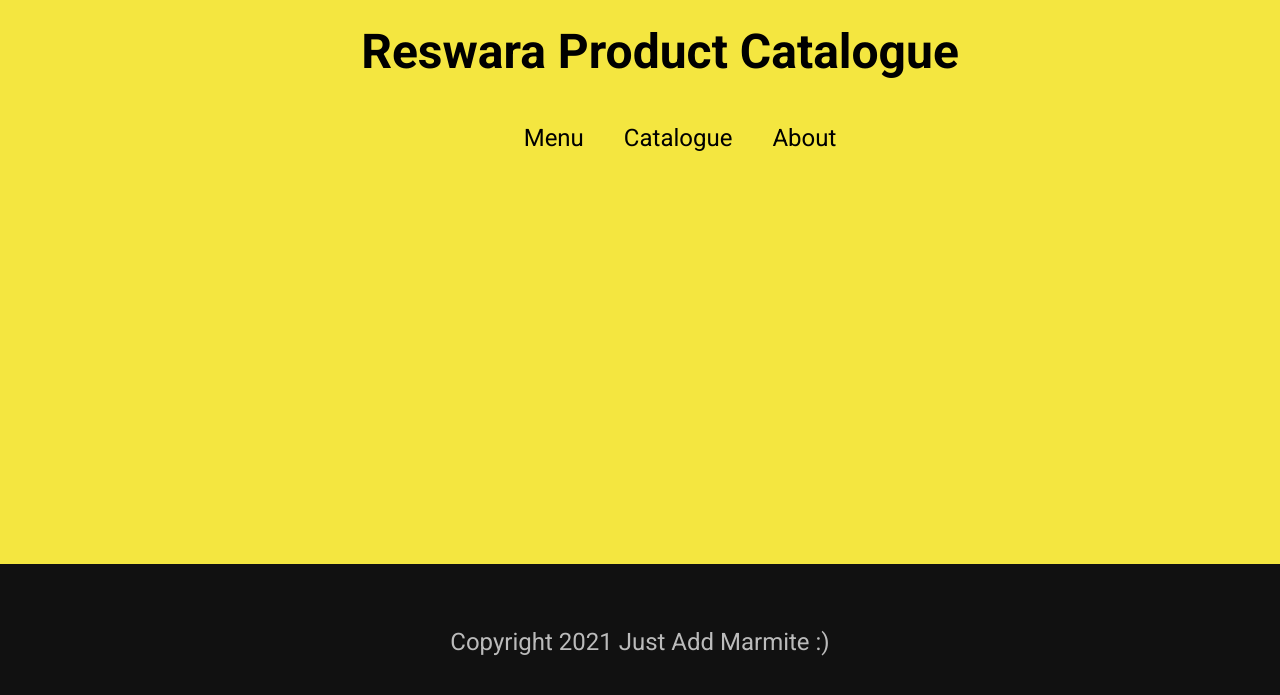
Repository: Fauzaanmhmd/Skripsi
Page: /about
An editor plug-in stored every save of this project. The page is shown before and after the next save, followed by the edit.
The browser window is 1280 px wide. The pictures show the whole page.
The project was rebuilt for these pictures with package versions that can differ from the ones it lists, and the page was loaded fresh each time. The framework's server and built-in components were replaced by stand-ins that run in the browser. Also part of the build but not shown: next.config.js.

Above is the page before, as saved 2021-05-24 20:48:16.

After the next save:
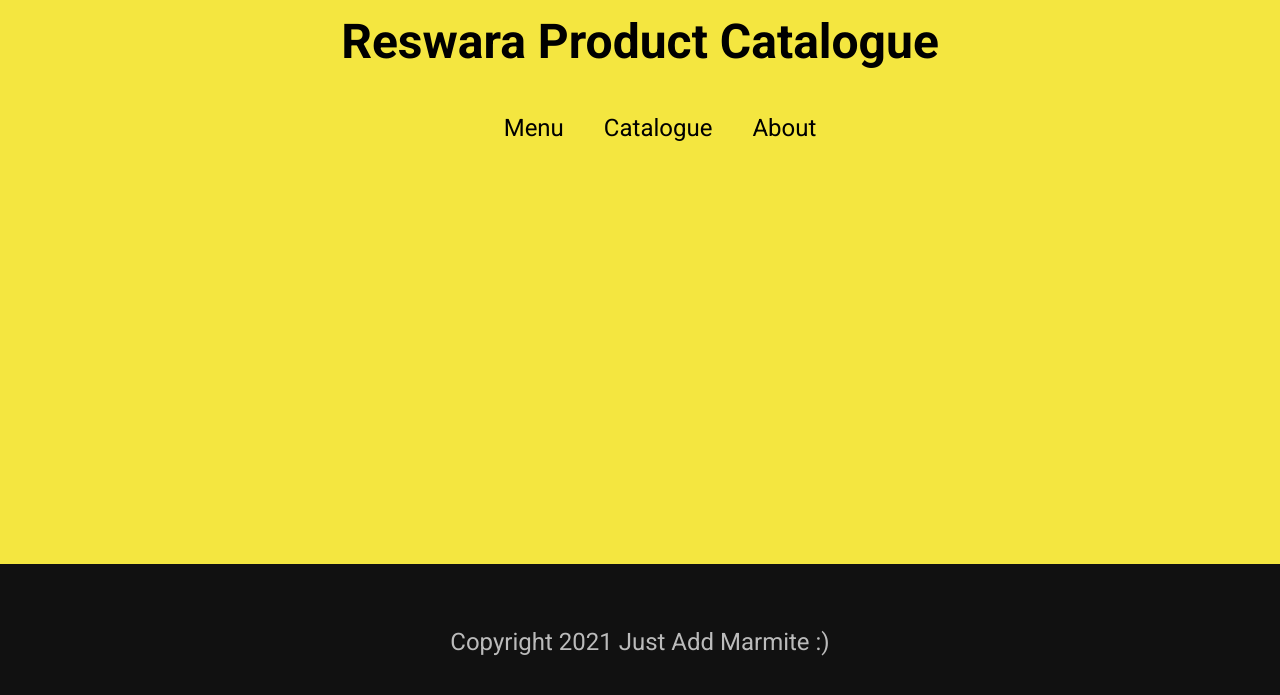
Saved 103 s later.
--- a/styles/globals.css
+++ b/styles/globals.css
@@ -58,7 +58,6 @@ footer {
   display: flex;
   justify-content: center;
   height: 200px;
-  padding: 10px 20px;
   align-items: center;
   background-color: #F4E640;
   position: fixed;
